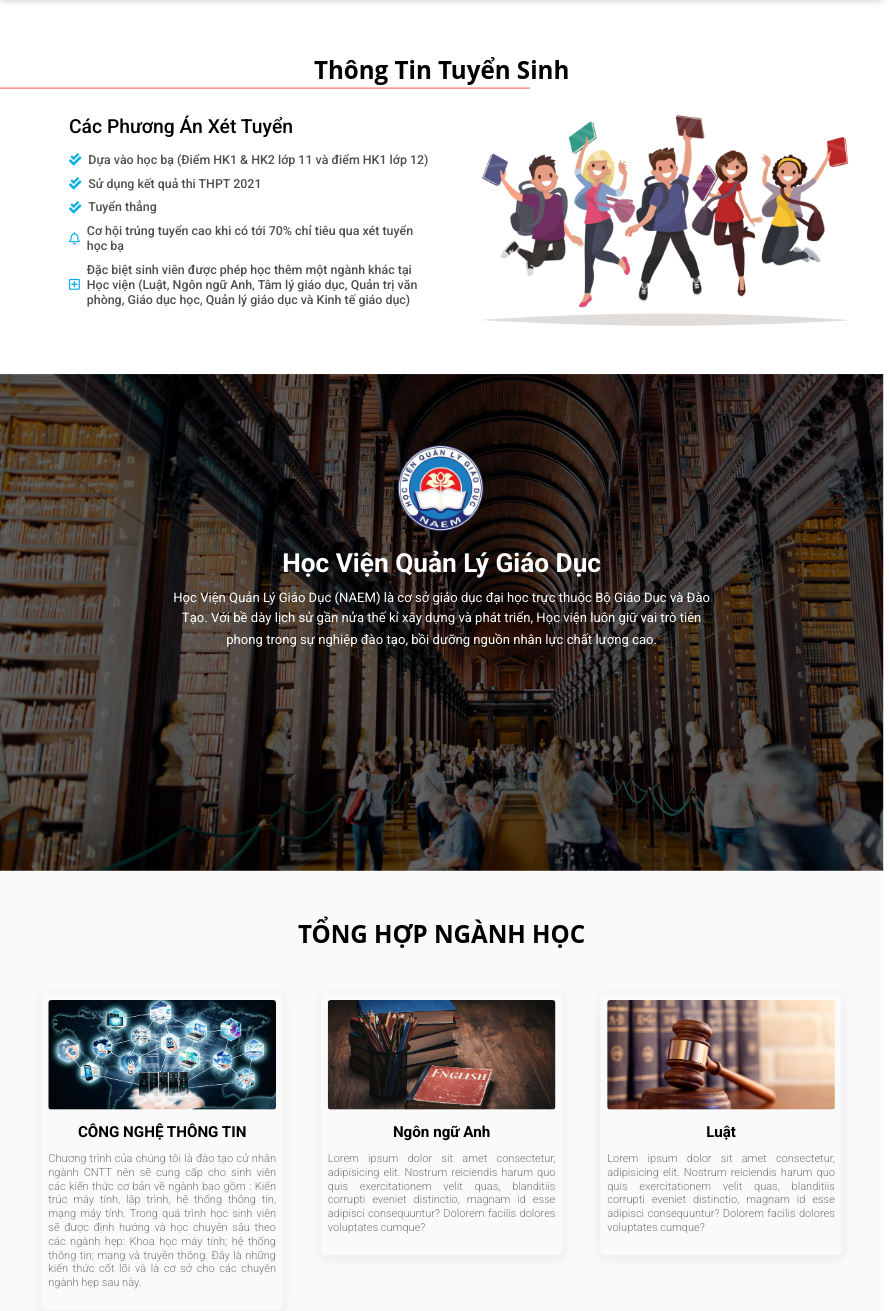
Repository: hongphuck1/trangweb1
Page: index.html
An editor plug-in stored every save of this project. The page is shown before and after the next save, followed by the edit.
The browser window is 1280 px wide. The page is 1288 px wide, so the pictures cover 1288 px, including what lies to the right of the window. The pictures show the part of the page from y = 661 to 2561 px (the page is 4941 px tall), at 69% of full size.

Above is the page before, as saved 2021-09-07 09:46:53.

### index.html
<!DOCTYPE html>
<html lang="en">

<head>
  <meta charset="UTF-8" />
  <meta name="viewport" content="width=device-width, initial-scale=1, shrink-to-fit=no" />
  <meta http-equiv="x-ua-compatible" content="ie=edge" />
  <title>Material Design for Bootstrap</title>
  <!-- MDB icon -->
  <link rel="icon" href="img/SSS1.png" type="image/x-icon" />
  <!-- Font Awesome -->
  <link rel="stylesheet" href="https://use.fontawesome.com/releases/v5.15.2/css/all.css" />
  <!-- Google Fonts Roboto -->
  <link rel="stylesheet" href="https://fonts.googleapis.com/css2?family=Roboto:wght@300;400;500;700;900&display=swap" />
  <!-- MDB -->
  <link rel="stylesheet" href="css/style.css" />
  <link rel="stylesheet" href="css/base.css" />
  <link rel="stylesheet" href="css/grid.css" />
  <link rel="stylesheet" href="css/mdb.min.css" />
</head>

<body>
  <!-- Start your project here-->
  <div class="main">
    <!--Main Navigation-->
    <header>


      <!-- Navbar -->
      <nav class="navbar--opacity navbar navbar-expand-lg navbar-light fixed-top mask-custom shadow-0">
        <div class="container">

          <a class="navbar-brand nav-link" target="_blank" href="https://mdbootstrap.com/docs/standard/">
            <strong style="font-size: 2.2rem;">MRC</strong>
          </a>
          <button class="navbar-toggler navbar-toggler--opacity" type="button" data-mdb-toggle="collapse"
            data-mdb-target="#navbarSupportedContent" aria-controls="navbarSupportedContent" aria-expanded="false"
            aria-label="Toggle navigation">
            <i style="color: #ccc" class="fas fa-bars"></i>
          </button>
          <div class="collapse navbar-collapse" id="navbarSupportedContent">
            <ul class="navbar-nav me-auto mb-2 mb-lg-0">
              <li class="nav-item active">
                <a class="nav-link" aria-current="page" href="#intro">Giới thiệu</a>
              </li>
              <li class="nav-item">
                <a class="nav-link" href="https://www.facebook.com/MRC.NAEM" rel="nofollow" target="_blank">Hỏi đáp</a>
              </li>
              <li class="nav-item">
                <a class="nav-link" href="https://www.facebook.com/MRC.NAEM" target="_blank">Bài viết</a>
              </li>
              <li class="nav-item">
                <a class="nav-link" href="https://www.facebook.com/messages/t/101815085369835" target="_blank">Liên
                  hệ</a>
              </li>
            </ul>
            <ul class="navbar-nav list-inline">
              <!-- Icons -->
              <li class="">
                <a class="nav-link" href="https://www.youtube.com/channel/UCjl0s7v8m8V4IzuAS1fH-iA" rel="nofollow"
                  target="_blank">
                  <i class="fab fa-youtube"></i>
                </a>
              </li>
              <li class="">
                <a class="nav-link" href="https://www.facebook.com/MRC.NAEM" rel="nofollow" target="_blank">
                  <i class="fab fa-facebook-f"></i>
                </a>
              </li>
              <li class="nav-item">
                <a class="nav-link" href="https://www.tiktok.com/@mrcnaem" rel="nofollow" target="_blank">
                  <i class="fab fa-tiktok"></i>
                </a>
              </li>
              <li class="nav-item">
                <a class="nav-link" href="tel: 0349167687" rel="nofollow" target="_blank">
                  <i class="fas fa-envelope"></i>
                </a>
              </li>
            </ul>
          </div>
        </div>
      </nav>

      <!-- Carousel wrapper -->
      <div id="introCarousel" class="carousel slide carousel-fade shadow-2-strong" data-mdb-ride="carousel">
        <!-- Indicators -->
        <ol class="carousel-indicators">
          <li data-mdb-target="#introCarousel" data-mdb-slide-to="0" class="active"></li>
          <li data-mdb-target="#introCarousel" data-mdb-slide-to="1"></li>
          <li data-mdb-target="#introCarousel" data-mdb-slide-to="2"></li>
        </ol>

        <!-- Inner -->
        <div class="carousel-inner">
          <!-- Single item -->
          <div class="carousel-item active">
            <div class="mask" style="background-color: rgba(0, 0, 0, 0.6);">
              <div class="d-flex justify-content-center align-items-center h-100">
                <div class="text-white text-center">
                  <h1 style="font-size: 2.4rem;" class="mb-3">CLB TUYỂN SINH VÀ TRUYỀN THÔNG - MRC NAEM</h1>
                  <h5 style="font-size: 1.2rem;" class="mb-4">Hỗ trợ tư vấn - hướng nghiệp, trả lời những thắc mắc cho
                    học sinh và phụ huynh.</h5>

                  <a style="font-size: 1.8rem; " class="btn-DANGKI btn btn-outline-light btn-lg m-2"
                    href="https://www.facebook.com/MRC.NAEM" target="_blank" role="button">Đăng kí ngay</a>
                </div>
              </div>
            </div>
          </div>

          <!-- Single item -->
          <div class="carousel-item">
            <div class="mask" style="background-color: rgba(0, 0, 0, 0.3);">
              <div class="d-flex justify-content-center align-items-center h-100">
                <div class="text-white text-center">
                  <h1 style="font-size: 2.4rem;" class="mb-3">CLB TUYỂN SINH VÀ TRUYỀN THÔNG - MRC NAEM</h1>
                  <h5 style="font-size: 1.2rem;" class="mb-4">Hỗ trợ tư vấn - hướng nghiệp, trả lời những thắc mắc cho
                    học sinh và phụ huynh.</h5>

                  <a style="font-size: 1.8rem; " class="btn-DANGKI btn btn-outline-light btn-lg m-2"
                    href="https://www.facebook.com/MRC.NAEM" target="_blank" role="button">Đăng kí ngay</a>
                </div>
              </div>
            </div>
          </div>

          <!-- Single item -->
          <div class="carousel-item">
            <div class="mask" style="
                background: linear-gradient(
                  45deg,
                  rgba(29, 236, 197, 0.7),
                  rgba(91, 14, 214, 0.7) 100%
                );
              ">
              <div class="d-flex justify-content-center align-items-center h-100">
                <div class="text-white text-center">
                  <h1 style="font-size: 2.4rem;" class="mb-3">CLB TUYỂN SINH VÀ TRUYỀN THÔNG - MRC NAEM</h1>
                  <h5 style="font-size: 1.2rem;" class="mb-4">Hỗ trợ tư vấn - hướng nghiệp, trả lời những thắc mắc cho
                    học sinh và phụ huynh.</h5>

                  <a style="font-size: 1.8rem; " class="btn-DANGKI btn btn-outline-light btn-lg m-2"
                    href="https://www.facebook.com/MRC.NAEM" target="_blank" role="button">Đăng kí ngay</a>
                </div>
              </div>
            </div>
          </div>
        </div>
        <!-- Inner -->

        <!-- Controls -->
        <a class="carousel-control-prev" href="#introCarousel" role="button" data-mdb-slide="prev">
          <span class="carousel-control-prev-icon" aria-hidden="true"></span>
          <span class="sr-only">Previous</span>
        </a>
        <a class="carousel-control-next" href="#introCarousel" role="button" data-mdb-slide="next">
          <span class="carousel-control-next-icon" aria-hidden="true"></span>
          <span class="sr-only">Next</span>
        </a>
      </div>
      <!-- Carousel wrapper -->
    </header>


    <section>
      <div class="container-body">
        <div class="container-body-name">
          <h1>Thông Tin Tuyển Sinh</h1>
        </div>

        <div class="row">
          <div class="col l-6">
            <div class="container-body-content">
              <h2 class="container-body-content__name">Các Phương Án Xét Tuyển</h2>
              <div class="container-body-content-attention">
                <i class="fas fa-check-double"></i>
                <h4>Dựa vào học bạ (Điểm HK1 & HK2 lớp 11 và điểm HK1 lớp 12)</h4>
              </div>
              <div class="container-body-content-attention">
                <i class="fas fa-check-double"></i>
                <h4>Sử dụng kết quả thi THPT 2021</h4>
              </div>
              <div class="container-body-content-attention">
                <i class="fas fa-check-double"></i>

                <h4>Tuyển thẳng</h4>
              </div>
              <div class="container-body-content-attention">
                <i class="far fa-bell"></i>
                <h4>Cơ hội trúng tuyển cao khi có tới 70% chỉ tiêu qua xét tuyển học bạ</h4>
              </div>
              <div class="container-body-content-attention">
                <i class="far fa-plus-square"></i>
                <h4>Đặc biệt sinh viên được phép học thêm một ngành khác tại Học viện (Luật, Ngôn ngữ Anh, Tâm lý giáo
                  dục, Quản trị văn phòng, Giáo dục học, Quản lý giáo dục và Kinh tế giáo dục)</h4>
              </div>
            </div>
          </div>
          <div class="col l-6">
            <div class="container-body-img">
              <img src="img/klipartz.com_-1024x586.png" alt="">
            </div>
          </div>
        </div>


      </div>

      <div class="container-body-review">
        <div class="grid wide">
          <div class="row">
            <div class="col l-12">
              <img src="img/1-1.png" alt="">
              <div class="container-body-review__name">
                Học Viện Quản Lý Giáo Dục
              </div>
              <div class="container-body-review__title">
                Học Viện Quản Lý Giáo Dục (NAEM) là cơ sở giáo dục đại học trực thuộc Bộ Giáo Dục và Đào Tạo. Với bề dày
                lịch sử gần nửa thế kỉ xây dựng và phát triển, Học viện luôn giữ vai trò tiên phong trong sự nghiệp đào
                tạo, bồi dưỡng nguồn nhân lực chất lượng cao.
              </div>
            </div>
          </div>
        </div>
      </div>

      <div class="container-body-subjects">
        <h1>TỔNG HỢP NGÀNH HỌC</h1>

        <div class="grid wide">
          <div class="row">
            <div class="col l-4">
              <div class="container-body-subject">
                <img src="img/congnghethongtin.png" alt="">
                <h2>CÔNG NGHỆ THÔNG TIN</h2>
                <h4>Chương trình của chúng tôi  là đào tạo cử nhân ngành CNTT nên sẽ cung cấp cho sinh viên các kiến thức cơ bản về ngành bao gồm : Kiến trúc máy tính, lập trình, hệ thống thông tin, mạng máy tính. Trong quá trình học sinh viên sẽ được định hướng và học chuyên sâu theo các ngành hẹp: Khoa học máy tính; hệ thống thông tin; mạng và truyền thông.
                  Đây là những kiến thức cốt lõi và là cơ sở cho các chuyên ngành hẹp sau này.</h4>
              </div>
            </div>
            <div class="col l-4">
              <div class="container-body-subject">
                <img src="img/ngonguanh.png" alt="">
                <h2>Ngôn ngữ Anh</h2>
                <h4>Lorem ipsum dolor sit amet consectetur, adipisicing elit. Nostrum reiciendis harum quo quis
                  exercitationem velit quas, blanditiis corrupti eveniet distinctio, magnam id esse adipisci
                  consequuntur? Dolorem facilis dolores voluptates cumque?</h4>
              </div>
            </div>
            <div class="col l-4">
              <div class="container-body-subject">
                <img src="img/luat.png" alt="">
                <h2>Luật</h2>
                <h4>Lorem ipsum dolor sit amet consectetur, adipisicing elit. Nostrum reiciendis harum quo quis
                  exercitationem velit quas, blanditiis corrupti eveniet distinctio, magnam id esse adipisci
                  consequuntur? Dolorem facilis dolores voluptates cumque?</h4>
              </div>
            </div>

          </div>
          <div class="row">
            <div class="col l-4">
              <div class="container-body-subject">
                <img src="img/quantrivanphong.png" alt="">
                <h2>Quản trị văn phòng</h2>
                <h4>Lorem ipsum dolor sit amet consectetur, adipisicing elit. Nostrum reiciendis harum quo quis
                  exercitationem velit quas, blanditiis corrupti eveniet distinctio, magnam id esse adipisci
                  consequuntur? Dolorem facilis dolores voluptates cumque?</h4>
              </div>
            </div>
            <div class="col l-4">
              <div class="container-body-subject">
                <img src="img/kinhtegiaoduc.png" alt="">
                <h2>Kinh tế giáo dục</h2>
                <h4>Lorem ipsum dolor sit amet consectetur, adipisicing elit. Nostrum reiciendis harum quo quis
                  exercitationem velit quas, blanditiis corrupti eveniet distinctio, magnam id esse adipisci
                  consequuntur? Dolorem facilis dolores voluptates cumque?</h4>
              </div>
            </div>
            <div class="col l-4">
              <div class="container-body-subject">
                <img src="img/quanlygiaoduc.png" alt="">
                <h2>
                  Quản lý giáo dục</h2>
                <h4>Lorem ipsum dolor sit amet consectetur, adipisicing elit. Nostrum reiciendis harum quo quis
                  exercitationem velit quas, blanditiis corrupti eveniet distinctio, magnam id esse adipisci
                  consequuntur? Dolorem facilis dolores voluptates cumque?</h4>
              </div>
            </div>

          </div>
          <div class="row">
            <div class="col l-4">
              <div class="container-body-subject">
                <img src="img/tamlyhocgiaoduc.png" alt="">
                <h2>Tâm lý học giáo dục</h2>
                <h4>Lorem ipsum dolor sit amet consectetur, adipisicing elit. Nostrum reiciendis harum quo quis
                  exercitationem velit quas, blanditiis corrupti eveniet distinctio, magnam id esse adipisci
                  consequuntur? Dolorem facilis dolores voluptates cumque?</h4>
              </div>
            </div>
            <div class="col l-4">
              <div class="container-body-subject">
                <img src="img/giaoduchoc.png" alt="">
                <h2>Giáo dục học</h2>
                <h4>Lorem ipsum dolor sit amet consectetur, adipisicing elit. Nostrum reiciendis harum quo quis
                  exercitationem velit quas, blanditiis corrupti eveniet distinctio, magnam id esse adipisci
                  consequuntur? Dolorem facilis dolores voluptates cumque?</h4>
              </div>
            </div>
            <div class="col l-4">
              <div class="container-body-subject">
                <img src="img/kinhte.png" alt="">
                <h2>Kinh tế</h2>
                <h4>Lorem ipsum dolor sit amet consectetur, adipisicing elit. Nostrum reiciendis harum quo quis
                  exercitationem velit quas, blanditiis corrupti eveniet distinctio, magnam id esse adipisci
                  consequuntur? Dolorem facilis dolores voluptates cumque?</h4>
              </div>
            </div>

          </div>
        </div>

    </section>

  </div>
  <!--Main Navigation-->
  <!-- End your project here-->

  <!-- MDB -->
  <script type="text/javascript" src="js/mdb.min.js"></script>
  <!-- Custom scripts -->
  <script type="text/javascript"></script>
</body>

</html>

### css/style.css

.main {

    height: 1000px;
}

/* Carousel styling */
#introCarousel,
.carousel-inner,
.carousel-item,
.carousel-item.active {
  height: 100vh;
}

.carousel-item:nth-child(1) {
  background-image: url('https://mdbootstrap.com/img/Photos/Others/images/76.jpg');
  background-repeat: no-repeat;
  background-size: cover;
  background-position: center center;
}

.carousel-item:nth-child(2) {
  background-image: url('https://mdbootstrap.com/img/Photos/Others/images/77.jpg');
  background-repeat: no-repeat;
  background-size: cover;
  background-position: center center;
}

.carousel-item:nth-child(3) {
  background-image: url('https://mdbootstrap.com/img/Photos/Others/images/78.jpg');
  background-repeat: no-repeat;
  background-size: cover;
  background-position: center center;
}

/* Height for devices larger than 576px */
@media (min-width: 992px) {
  #introCarousel {
    margin-top: -58.59px;
  }
}

.navbar .nav-link {
  color: #fff !important;
}



/* trèn đè css boottraps */

.nav-link {
  /* padding: 1.2rem 1rem !important; */
  font-size: 1.6rem;
  padding-right: 20px !important;
}

.nav-link:hover {
  /* padding: 1.2rem 1rem !important; */
  color: yellow !important;
  transition: color 0.5s ;
}


.btn-DANGKI:hover {
  color: yellow !important;
  border: 1px solid yellow !important;
  transition: 0.5s ;
}

.navbar-dark .navbar-toggler, .navbar-light .navbar-toggler {
  display: block;
}

.navbar--opacity {
  background-color: rgba(1,1,1,0.2);
}


@media only screen and (max-width: 600px) {
 .text-center h1 {
    font-size: 2.7rem !important;
    padding: 20px 0;
  }
  .carousel-control-next, .carousel-control-prev{
    display: none !important;
  }
  .text-center h5{
    padding: 0 20px;
    line-height: 1.9rem !important;
    font-size: 1.4rem !important;
  }
}


@import url('https://fonts.googleapis.com/css2?family=Poppins:wght@300;400;600;700&display=swap');
  :root {
    --primary: #08aeea;
    --secondary: #13D2B8;
    --purple: #bd93f9;
    --pink: #ff6bcb;
    --blue: #8be9fd;
    --gray: #333;
    --font: "Poppins", sans-serif;
    --gradient: linear-gradient(40deg, #ff6ec4, #7873f5);
    --shadow: 0 0 15px 0 rgba(0,0,0,0.05);
  }
  *,
  *:before,
  *:after {
    box-sizing: border-box;
  }
  html {
    font-size: 62.5%;
  }

  body {
    font-family: var(--font);
    font-size: 1.4rem;
    overflow-x: hidden;
    font-weight: 300;
  }

  img {
    display: block;
    max-width: 100%;
  }

  a {
    text-decoration: none;
  }

  input,
  button,
  textarea,
  select {
    font-family: var(--font);
    font-size: 1.4rem;
    font-weight: 300;
    outline: none;
    border: 0;
    margin: 0;
    padding: 0;
    border-radius: 0;
    -webkit-appearance: none;
  }

  button {
    cursor: pointer;
  }

          .simple-card {
            background-color: white;
            border-radius: 2rem;
            padding: 1.5rem;
            box-shadow: var(--shadow);
          }
          .simple-card-image {
            position: relative;
            height: 0;
            padding-bottom: 56.25%;
          }
          .simple-card-image > img {
            position: absolute;
            top: 0;
            left: 0;
            width: 100%;
            height: 100%;
            object-fit: cover;
            border-radius: 1rem;
          }
          .simple-card-content {
            padding: 3rem 1rem;
          }
          .simple-card-title {
            font-weight: 500;
            font-size: 2rem;
            line-height: 1.6;
            margin-bottom: 1.5rem;
            color: #2b2b2b;
          }
          .simple-card-desc {
            color: #c7cbdc;
            font-weight: 300;
            line-height: 1.6;
            font-size: 1.4rem;
            margin-bottom: 3rem;
          }
          .simple-card-line {
            width: 30%;
            height: 2px;
            margin-left: auto;
            background-color: var(--primary);
          }

          .container-body{
            padding-top: 40px;
            padding-bottom: 70px;
          }
          .container-body-name{
            text-align: center;
            padding: 40px 0 ;
          }
          .container-body-name h1{
            color: #000000;
            font-family: "Open Sans", Sans-serif;
            font-size: 35px;
            font-weight: 700;
            text-transform: capitalize;
            position: relative;
          }

          .container-body-name::after {
            content: "";
            position: absolute;
            width: 60%;
            height: 1px;
            left: 0;
            background-color: red;
          }

          .container-body-content{
           padding-left: 100px;
          }
          .container-body-content__name{
           font-size: 2.8rem;
           color: #000000;
           padding-bottom: 10px;
          }
          .container-body-content-attention{
          display: flex;
          align-items: center;
          padding: 4px 0;
          }
          .container-body-content-attention i{
            transform: translateY(-15%);
            padding-right: 10px;
            font-size: 1.8rem;
            color: var(--primary);
          }
          .container-body-content-attention h4{
            font-size: 1.8rem;
          }

          .container-body-img{
          padding: 0 50px ;
          }

.container-body-review {
  background-image: url(../img/Thiết\ kế\ không\ tên.png);
  background-repeat: no-repeat;
  background-size: cover;
  height: 100vh;
}

.container-body-review img {
  width: 150px;
  margin: auto;
  padding-top: 90px;
}


.container-body-review__name, .container-body-review__title {
  text-align: center;
  color: white;
padding-top: 20px;
}

.container-body-review__name {
  font-size: 3.8rem;
  padding: 4px 0;
  font-weight: 600;
}

.container-body-review__title {
  font-size: 1.9rem;
  padding: 0 200px;
}



/* TỔNG HỢP NGÀNH HỌC */

.container-body-subjects{
  padding: 70px 0;
  background-color: #fafafa;
}

.container-body-subjects h1 {
  text-align: center;
  padding-bottom: 40px;
  color: rgb(0, 0, 0);
    font-family: "Open Sans", sans-serif;
    font-size: 35px;
    font-weight: 700;
    text-transform: capitalize;
}

.container-body-subject {
  /* background-color: #c2c9dd; */
  text-align: center;
  color: #000000;
  margin: 20px;
  box-shadow: rgb(215 215 215 / 50%) 0px 4px 16px;
  border-radius: 8px;
  cursor: pointer;
}

.container-body-subject img {
  width: 100%;
  padding: 10px;
  border-radius: 15px;

}

.container-body-subject h2{
  padding: 10px 0;
  font-weight: 600;
  font-size: 2.2rem;
}

.container-body-subject h4{
  padding:  0 10px 30px;
  line-height: 2.0rem;
  text-align: justify;
  font-weight: 300;
  font-size: 1.6rem;
  color: #777;

}

### css/base.css
:root {
    --white-color: #fff;
    --black-color: #000;
    --text-color: rgb(110, 109, 109);
    --primary-color: #6EC1E4;
    --primary-color-sub: #fd3f00;
    --border-color: #dbdbdb;

    --header: 109px;
    --header-top: 36px;
    --navbar-height: 27px;
    --header-with-search-height: calc(var(--header-height) - var(--navbar-height));
    --header-sort-bar-height: 46px;
}


* {
    margin: 0;
    padding: 0;
    box-sizing: border-box;

}
.no-copy__text {
    user-select: none;
}
html {
    font-size: 62.5%;
    line-height: 1.6rem;
    font-family: 'Roboto', sans-serif;

    /* user-select: none;   không cho copy text */
}

body {
    height: 5000px;
}
@media only screen and  (max-width: 1000px) and (min-width: 700px) {
    html {
    }
}

Loaded but not shown: css/mdb.min.css (library); js/mdb.min.js (library); css/grid.css (590 lines, source omitted)

After the next save:
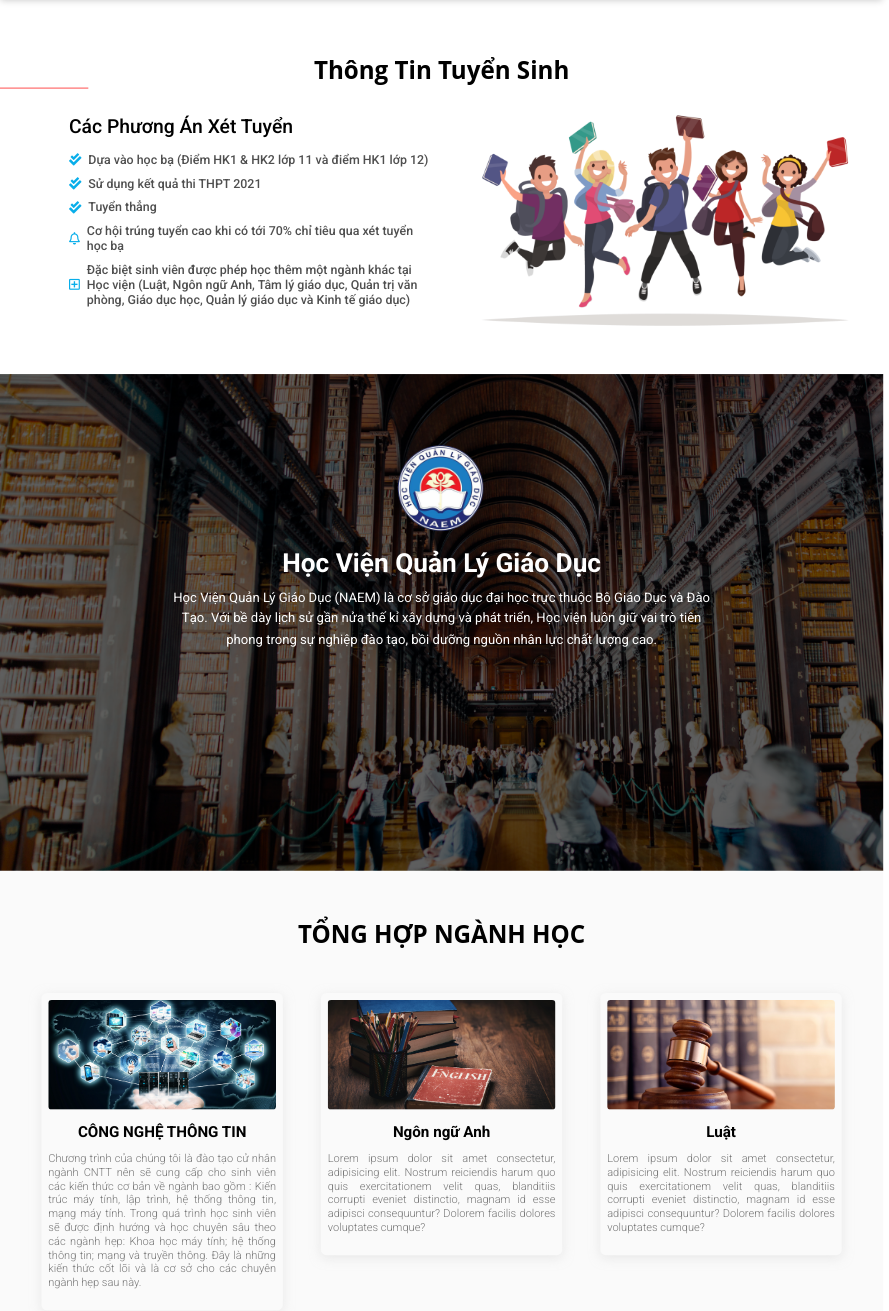
Saved 5 s later.
--- a/css/style.css
+++ b/css/style.css
@@ -212,7 +212,7 @@
           .container-body-name::after {
             content: "";
             position: absolute;
-            width: 60%;
+            width: 10%;
             height: 1px;
             left: 0;
             background-color: red;
